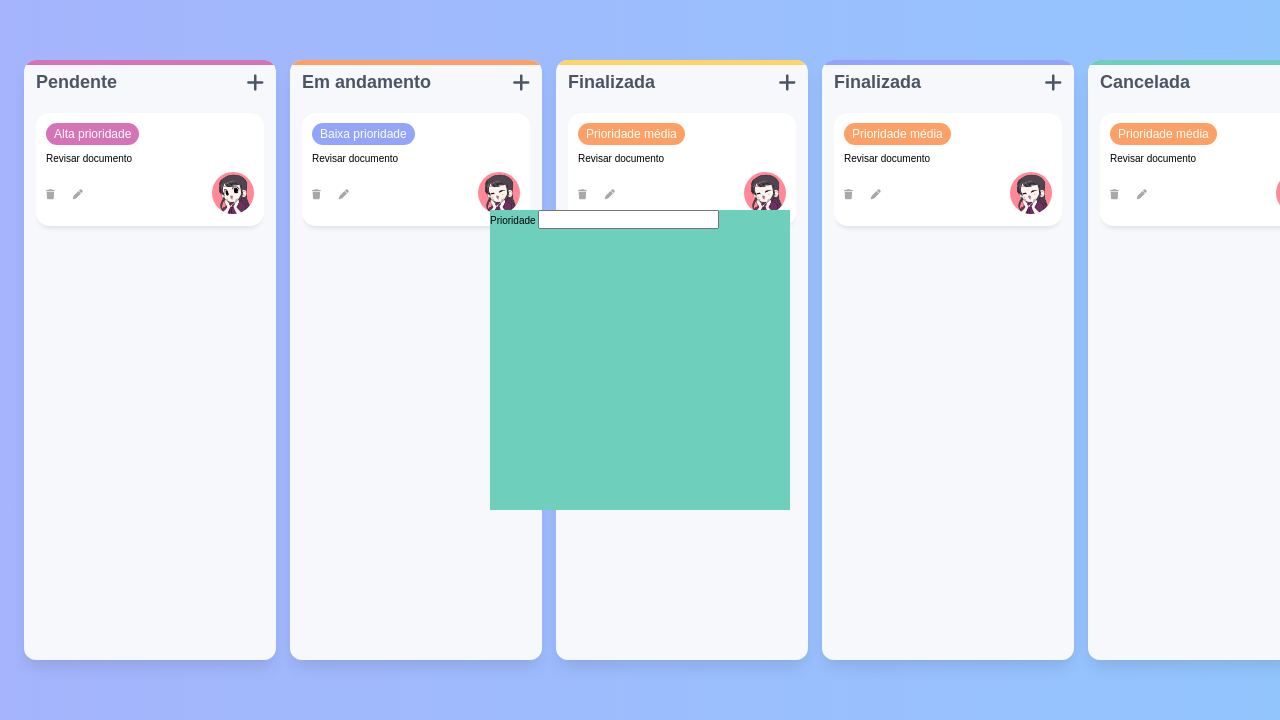
Repository: Marinalr-25/ProjetoToDoList
Page: index.html
An editor plug-in stored every save of this project. The page is shown before and after the next save, followed by the edit.
The browser window is 1280 px wide. The pictures show the whole page.
Some web fonts or font styles are not loaded; a fallback is used. Some web libraries are served in a nearby version.

Above is the page before, as saved 2024-10-31 15:20:01.

### index.html
<!DOCTYPE html>
<html lang="pt-BR">
  <head>
    <meta charset="UTF-8" />
    <meta name="viewport" content="width=device-width, initial-scale=1.0" />
    <link rel="preconnect" href="https://fonts.googleapis.com" />
    <link rel="preconnect" href="https://fonts.gstatic.com" crossorigin />
    <link
      href="https://fonts.googleapis.com/css2?family=Playpen+Sans:wght@100..800&family=Roboto:ital,wght@0,100;0,300;0,400;0,500;0,700;0,900;1,100;1,300;1,400;1,500;1,700;1,900&display=swap"
      rel="stylesheet"
    />
    <link
      rel="stylesheet"
      href="https://cdnjs.cloudflare.com/ajax/libs/font-awesome/6.6.0/css/all.min.css"
      integrity="sha512-Kc323vGBEqzTmouAECnVceyQqyqdsSiqLQISBL29aUW4U/M7pSPA/gEUZQqv1cwx4OnYxTxve5UMg5GT6L4JJg=="
      crossorigin="anonymous"
      referrerpolicy="no-referrer"
    />
    <link rel="stylesheet" href="css/style.css" />
    <title>Suas tarefas</title>
  </head>
  <body>
    <main class="kanban">
      <!-- coluna 1 -->
      <div class="kanban-column" data-id="1">
        <div class="kanban-title">
          <h2>Pendente</h2>
          <button class="add-card"><i class="fa-solid fa-plus"></i></button>
        </div>
        <div class="kanban-cards">
          <div class="kanban-card" draggable="true">
            <div class="badge high">
              <span>Alta prioridade</span>
            </div>
            <p class="card-title">Revisar documento</p>
            <div class="card-infos">
              <div class="card-icons">
                <p>
                  <i class="fa-solid fa-trash"></i>
                </p>
                <p>
                  <i class="fa-solid fa-pen"></i>
                </p>
              </div>
              <div class="user">
                <img src="images/iconePerfil1.png" alt="avatar1" />
              </div>
            </div>
          </div>
        </div>
      </div>
      <!-- coluna 2 -->
      <div class="kanban-column" data-id="2">
        <div class="kanban-title">
          <h2>Em andamento</h2>
          <button class="add-card"><i class="fa-solid fa-plus"></i></button>
        </div>
        <div class="kanban-cards">
          <div class="kanban-card" draggable="true">
            <div class="badge low">
              <span>Baixa prioridade</span>
            </div>
            <p class="card-title">Revisar documento</p>
            <div class="card-infos">
              <div class="card-icons">
                <p>
                  <i class="fa-solid fa-trash"></i>
                </p>
                <p>
                  <i class="fa-solid fa-pen"></i>
                </p>
              </div>
              <div class="user">
                <img src="images/iconePerfil2.png" alt="avatar2" />
              </div>
            </div>
          </div>
        </div>
      </div>
      <!-- coluna 3 -->
      <div class="kanban-column" data-id="3">
        <div class="kanban-title">
          <h2>Finalizada</h2>
          <button class="add-card"><i class="fa-solid fa-plus"></i></button>
        </div>
        <div class="kanban-cards">
          <div class="kanban-card" draggable="true">
            <div class="badge medium">
              <span>Prioridade média</span>
            </div>
            <p class="card-title">Revisar documento</p>
            <div class="card-infos">
              <div class="card-icons">
                <p>
                  <i class="fa-solid fa-trash"></i>
                </p>
                <p>
                  <i class="fa-solid fa-pen"></i>
                </p>
              </div>
              <div class="user">
                <img src="images/iconePerfil2.png" alt="avatar2" />
              </div>
            </div>
          </div>
        </div>
      </div>
      <!-- coluna 4 -->
      <div class="kanban-column" data-id="4">
        <div class="kanban-title">
          <h2>Finalizada</h2>
          <button class="add-card"><i class="fa-solid fa-plus"></i></button>
        </div>
        <div class="kanban-cards">
          <div class="kanban-card" draggable="true">
            <div class="badge medium">
              <span>Prioridade média</span>
            </div>
            <p class="card-title">Revisar documento</p>
            <div class="card-infos">
              <div class="card-icons">
                <p>
                  <i class="fa-solid fa-trash"></i>
                </p>
                <p>
                  <i class="fa-solid fa-pen"></i>
                </p>
              </div>
              <div class="user">
                <img src="images/iconePerfil2.png" alt="avatar2" />
              </div>
            </div>
          </div>
        </div>
      </div>
      <!-- coluna 5 -->
      <div class="kanban-column" data-id="5">
        <div class="kanban-title">
          <h2>Cancelada</h2>
          <button class="add-card"><i class="fa-solid fa-plus"></i></button>
        </div>
        <div class="kanban-cards">
          <div class="kanban-card" draggable="true">
            <div class="badge medium">
              <span>Prioridade média</span>
            </div>
            <p class="card-title">Revisar documento</p>
            <div class="card-infos">
              <div class="card-icons">
                <p>
                  <i class="fa-solid fa-trash"></i>
                </p>
                <p>
                  <i class="fa-solid fa-pen"></i>
                </p>
              </div>
              <div class="user">
                <img src="images/iconePerfil2.png" alt="avatar2" />
              </div>
            </div>
          </div>
        </div>
      </div>

      <div class="adicionando">
        <label for="prioridade">Prioridade</label>
        <input type="text" name="prioridade" id="prioridade" />
      </div>
    </main>
    <script src="javascript/script.js"></script>
  </body>
</html>

### css/style.css
* {
  padding: 0;
  margin: 0;
  box-sizing: border-box;
}

*::-webkit-scrollbar {
  width: 0.8rem;
}

*::-webkit-scrollbar-track {
  background-color: #eaeffa;
  border-radius: 0.8rem;
}
*::-webkit-scrollbar-thumb {
  background-color: #b7d3fb;
  border-radius: 2rem;
}

html {
  font-size: 62.5%;
}

body {
  font-family: 'Playpen Sans', sans-serif;
  min-height: 100vh;
  display: flex;
  justify-content: center;
  align-items: center;
  background: linear-gradient(90deg, #a5b4fc, #93c5fd);
}

.kanban {
  display: flex;
  gap: 1.4rem;
  padding: 2.4rem;
  width: 100%;
  height: 90vh;
  overflow-x: auto;
}

.kanban-column {
  display: flex;
  flex-direction: column;
  gap: 1.8rem;
  height: 100%;
  overflow-y: auto;
  background-color: #f6f8fc;
  border-radius: 1.2rem;
  box-shadow: 0 1rem 1.5rem -0.3rem rgba(0, 0, 0, 0.1);
  padding: 1.2rem;
  overflow: hidden;
  min-width: 25.2rem;
  position: relative;

  &::after {
    position: absolute;
    content: '';
    top: 0;
    left: 0;
    height: 0.5rem;
    width: 100%;
  }
  &[data-id='1']::after {
    background-color: #d573b6;
  }
  &[data-id='2']::after {
    background-color: #fea065;
  }
  &[data-id='3']::after {
    background-color: #fed565;
  }
  &[data-id='4']::after {
    background-color: #92a5fb;
  }
  &[data-id='5']::after {
    background-color: #6ed0bc;
  }
}

.kanban-title {
  display: flex;
  justify-content: space-between;

  & h2 {
    font-size: 1.8rem;
    color: #4b5563;
    font-weight: 600;
  }
}

.add-card {
  color: #4b5563;
  font-size: 2rem;
  background-color: transparent;
  cursor: pointer;
  border: none;
}

.kanban-cards {
  display: flex;
  flex-direction: column;
  gap: 0.8rem;
  height: 100%;
  overflow-x: hidden;
  overflow-y: auto;
}

.kanban-card {
  display: flex;
  flex-direction: column;
  gap: 0.8rem;
  background-color: #ffffff;
  padding: 1rem;
  border-radius: 1.4rem;
  box-shadow: 0 0.5rem 0.5rem -0.3rem rgba(0, 0, 0, 0.1);
  cursor: pointer;
}

.badge {
  color: #ffffff;
  width: fit-content;
  font-size: 1.2rem;
  padding: 0.4rem 0.8rem;
  border-radius: 1.2rem;

  &.high {
    background-color: #d573b6;
  }
  &.medium {
    background-color: #fea065;
  }
  &.low {
    background-color: #92a5fb;
  }
}

.dragging {
  opacity: 0.5;
}

.card-infos {
  display: flex;
  justify-content: space-between;
  align-items: center;
}
.card-icons {
  display: flex;
  gap: 1.8rem;
  & i {
    color: #a8a8aa;
  }
}

.cards-hover {
  background-color: #eaeffa;
  border-radius: 0.8rem;
}

.user img {
  width: 4.2rem;
  height: 4.2rem;
  border-radius: 100%;
  object-fit: cover;
}

.adicionando {
  position: fixed;
  top: 50%;
  left: 50%;
  transform: translate(-50%, -50%);
  width: 30rem;
  height: 30rem;
  background-color: #6ed0bc;
}

### javascript/script.js
document.addEventListener('DOMContentLoaded', function () {
  const cards = document.querySelectorAll('.kanban-card');
  const colunas = document.querySelectorAll('.kanban-cards');
  const mais = document.querySelectorAll('.fa-solid.fa-plus');
  console.log(mais);
  let dragCard = null;

  cards.forEach((card) => {
    card.addEventListener('dragstart', (e) => {
      dragCard = card;
      e.currentTarget.classList.add('dragging');
    });
    card.addEventListener('dragend', (e) => {
      e.currentTarget.classList.remove('dragging');
      dragCard = null;
    });
  });

  colunas.forEach((coluna) => {
    coluna.addEventListener('dragover', (e) => {
      e.preventDefault();
      e.currentTarget.classList.add('cards-hover');
    });
    coluna.addEventListener('dragleave', (e) => {
      e.currentTarget.classList.remove('cards-hover');
    });
    coluna.addEventListener('drop', (e) => {
      e.preventDefault();
      e.currentTarget.classList.remove('cards-hover');
      if (dragCard) {
        e.currentTarget.appendChild(dragCard);
      }
    });
  });

  mais.forEach((adicionar) => {
    adicionar.addEventListener;
  });
});

After the next save:
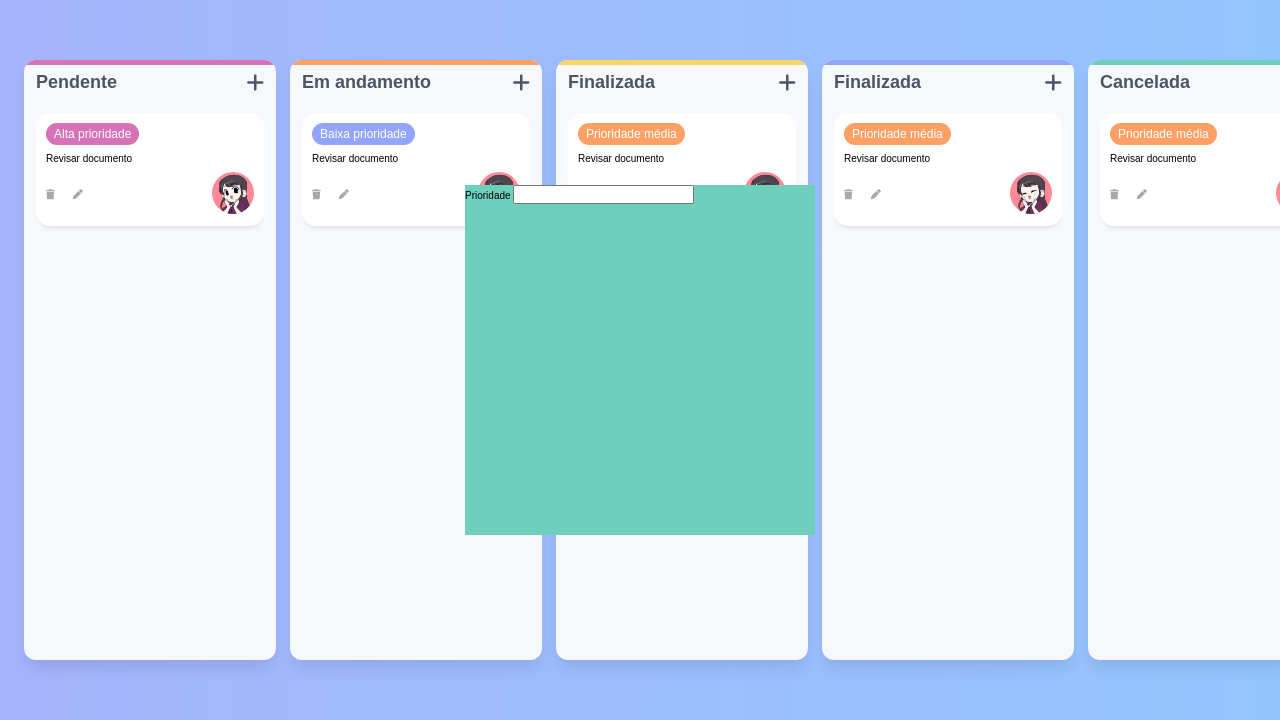
Saved 8 s later.
--- a/css/style.css
+++ b/css/style.css
@@ -169,7 +169,7 @@ body {
   top: 50%;
   left: 50%;
   transform: translate(-50%, -50%);
-  width: 30rem;
-  height: 30rem;
+  width: 35rem;
+  height: 35rem;
   background-color: #6ed0bc;
 }
